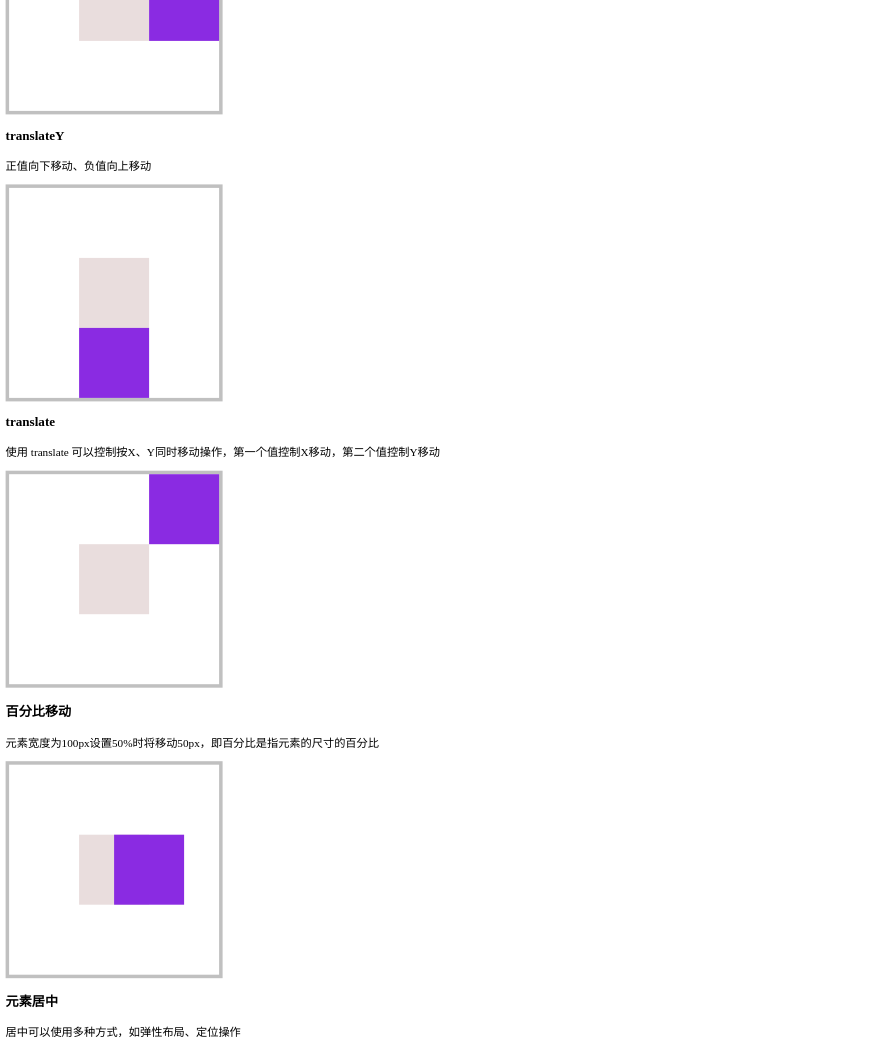
Repository: Aissd/animateDemo
Page: translate.html
The author's editor kept a copy of each file at every save. The page is drawn from the files as they stood at one save, then again after the next save.
The browser window is 1280 px wide. The pictures show the part of the page from y = 1188 to 3108 px (the page is 2690 px tall before and 3108 px after), at 70% of full size.

Above is the page before, as saved 2020-05-11 22:20:28.

### translate.html
<!DOCTYPE html>
<html lang="en">
<head>
    <meta charset="UTF-8">
    <meta name="viewport" content="width=device-width, initial-scale=1.0">
    <title>变形动画</title>
    <link rel="stylesheet" href="./css/translate.css" />
</head>
<body>
    <div class="container">
        <section class="demo-section">
            <h3>变形叠加</h3>
            <p>下面设置了两次移动，并不会移动 550px 而是只移动50px</p>
            <div class="demo01"></div>
        </section>

        <section class="demo-section">
            <h3>伪类叠加</h3>
            <div class="demo02"></div>
        </section>

        <section class="demo-section">
            <h3>行内元素</h3>
            <p>行内元素不产生变形效果，将其转为 inline-block 或 block 以及弹性元素时都可以产生变化效果</p>
            <span class="demo03">hdcms</span>
        </section>

        <section class="demo-section">
            <h3>:target</h3>
            <article class="demo04">
                <div>
                    <a href="#hdcms">hdcms</a>
                    <aside id="hdcms">内容管理系统</aside>
                </div>
                <div>
                    <a href="#houdunren">houdunren</a>
                    <aside id="houdunren">在线社区</aside>
                </div>
            </article>
        </section>

        <section class="demo-section">
            <h3>translateX</h3>
            <p>正值向右移动、负值向左移动</p>
            <article class="demo05">
                <div></div>
                <div></div>
            </article>
        </section>

        <section class="demo-section">
            <h3>translateY</h3>
            <p>正值向下移动、负值向上移动</p>
            <article class="demo06">
                <div></div>
                <div></div>
            </article>
        </section>

        <section class="demo-section">
            <h3>translate</h3>
            <p>使用 translate 可以控制按X、Y同时移动操作，第一个值控制X移动，第二个值控制Y移动</p>
            <article class="demo07">
                <div></div>
                <div></div>
            </article>
        </section>

        <section class="demo-section">
            <h3>百分比移动</h3>
            <p>元素宽度为100px设置50%时将移动50px，即百分比是指元素的尺寸的百分比</p>
            <article class="demo08">
                <div></div>
                <div></div>
            </article>
        </section>

        <section class="demo-section">
            <h3>元素居中</h3>
            <p>居中可以使用多种方式，如弹性布局、定位操作</p>
            <main class="demo09">
                <div></div>
            </main>
        </section>
    </div>
</body>
</html>

### css/translate.css
.demo01 {
    transform: translateX(500px);
    width: 100px;
    height: 100px;
    background: #9b59b6;
}

.demo01:nth-child(1) {
    transform: translateX(50px);
}

.demo02 {
    transition: 2s;
    transform: translateX(200px) translateX(50px);
    width: 100px;
    height: 100px;
    background: #9b59b6;
    transition: 2s;
}

.demo02:hover {
    transform: translateX(100px);
}

.demo03 {
    display: inline-block; /* 去掉这行就失效了 */
    transition: 2s;
    transform: translateX(100px) translateX(50px);
    width: 100px;
    height: 100px;
    background: #9b59b6;
    transition: 2s;
}

.demo03:hover {
    transform: translateX(100px);
}

.demo04 {
    width: 300px;
    height: 300px;
    display: grid;
    gap: 10px;
    grid-template-columns: repeat(2, 1fr);
    grid-template-rows: repeat(2, 1fr);
    position: relative;
    border: 5px solid silver;
    color: #fff;
}

.demo04 div a {
    color: #fff;
    text-decoration: none;
}

.demo04 div,
.demo04 div aside {
    background: blueviolet;
    background-clip: content-box;
    padding: 5px;
    border: solid 2px blueviolet;
    box-sizing: border-box;
    display: flex;
    justify-content: center;
    align-items: center;
    position: relative;
}

.demo04 div aside {
    position: absolute;
    display: none;
    width: 100px;
    height: 100px;
}

.demo04 aside:target {
    display: block;
    transform: translateY(150px);
    box-shadow: 0 0 10px #ddd;
}

.demo05 {
    width: 300px;
    height: 300px;
    position: relative;
    border: solid 5px silver;
}

.demo05 div {
    width: 100px;
    height: 100px;
    background: blueviolet;
    box-sizing: border-box;
    position: absolute;
    left: 50%;
    margin-left: -50px;
    top: 50%;
    margin-top: -50px;
}

.demo05 div:nth-child(1) {
    background: #e9dddd;
}

.demo05 div:nth-child(2) {
    transform: translateX(100px);
}

.demo06 {
    width: 300px;
    height: 300px;
    position: relative;
    border: solid 5px silver;
}

.demo06 div {
    width: 100px;
    height: 100px;
    background: blueviolet;
    box-sizing: border-box;
    position: absolute;
    left: 50%;
    margin-left: -50px;
    top: 50%;
    margin-top: -50px;
}

.demo06 div:nth-child(1) {
    background: #e9dddd;
}

.demo06 div:nth-child(2) {
	transform: translateY(100px);
}

.demo07 {
    width: 300px;
    height: 300px;
    position: relative;
    border: solid 5px silver;
}

.demo07 div {
    width: 100px;
    height: 100px;
    background: blueviolet;
    box-sizing: border-box;
    position: absolute;
    left: 50%;
    margin-left: -50px;
    top: 50%;
    margin-top: -50px;
}

.demo07 div:nth-child(1) {
    background: #e9dddd;
}

.demo07 div:nth-child(2) {
	transform: translate(100px, -100px);
}



.demo08 {
    width: 300px;
    height: 300px;
    position: relative;
    border: solid 5px silver;
}

.demo08 div {
    width: 100px;
    height: 100px;
    background: blueviolet;
    box-sizing: border-box;
    position: absolute;
    left: 50%;
    margin-left: -50px;
    top: 50%;
    margin-top: -50px;
}

.demo08 div:nth-child(1) {
    background: #e9dddd;
}

.demo08 div:nth-child(2) {
	transform: translateX(50%);
}

After the next save:
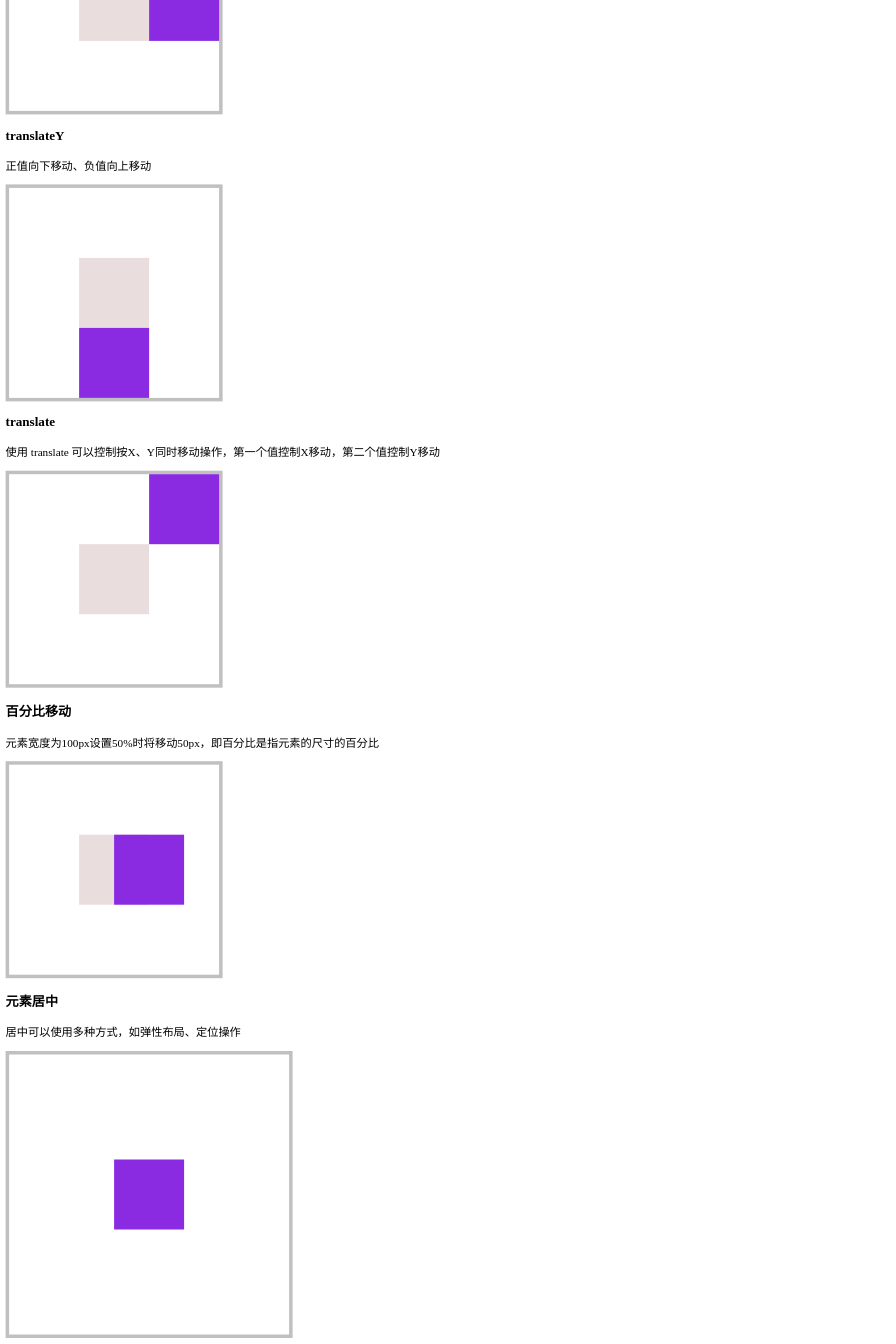
Saved 8 s later.
--- a/css/translate.css
+++ b/css/translate.css
@@ -188,3 +188,20 @@
 .demo08 div:nth-child(2) {
 	transform: translateX(50%);
 }
+
+.demo09 {
+    width: 400px;
+    height: 400px;
+    border: solid 5px silver;
+    position: relative;
+}
+
+.demo09 div {
+    width: 100px;
+    height: 100px;
+    background: blueviolet;
+    position: absolute;
+    left: 50%;
+    top: 50%;
+    transform: translate(-50%, -50%);
+}
